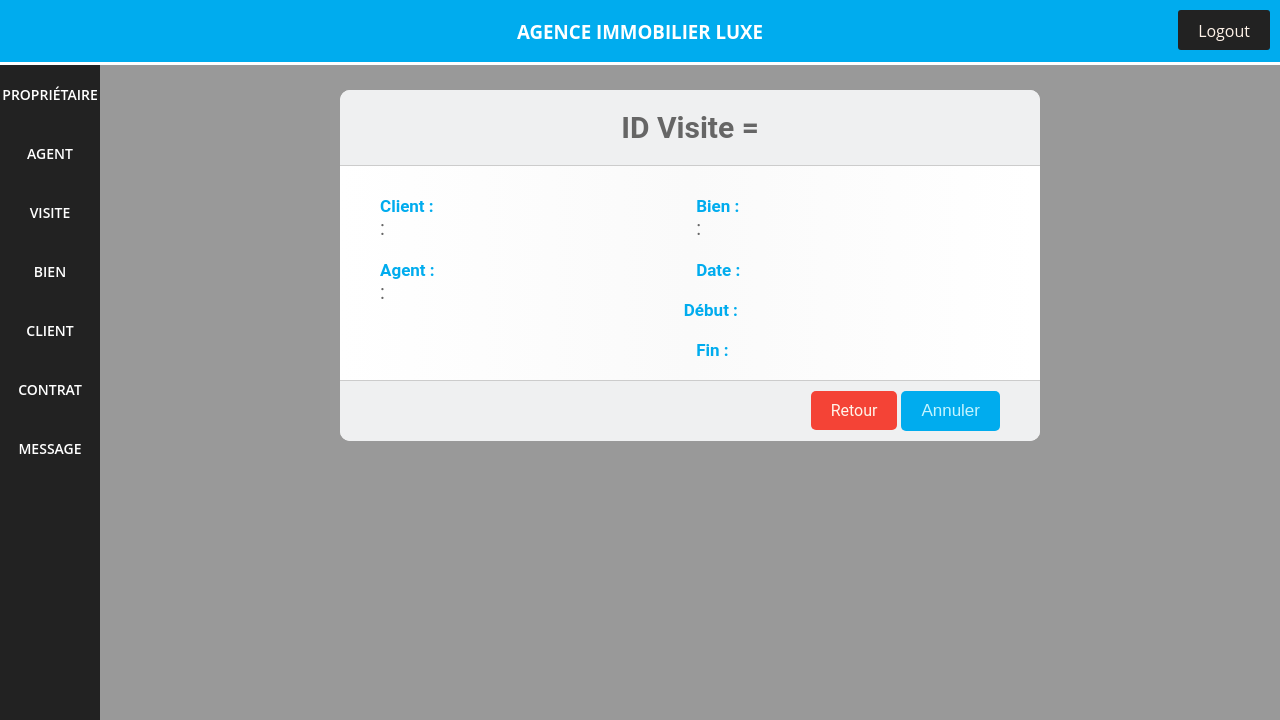
Repository: hassen-mnejja/Real_Estate_Agency_Website
Page: http://localhost/backoffice/WEB-INF/visitedescriptif.jsp
These files come from the project's save history. The page is drawn as it stood at one moment and after the next save; the edit follows.
The browser window is 1280 px wide. The pictures show the whole page.
Some icons come from a web library that is not loaded, so they are not drawn. The page is served by Tomcat 9. Nobody is signed in. Other server files are loaded and not shown. The template is opened directly, without the code that normally fills it, so the values that code supplies are empty.

Above is the page before, as saved 2020-06-24 15:55:43.

### backoffice/WebContent/WEB-INF/visitedescriptif.jsp
<%@ page language="java" contentType="text/html; charset=UTF-8" pageEncoding="UTF-8"%>
<%@ taglib uri="http://java.sun.com/jsp/jstl/core" prefix="c"%>
<!DOCTYPE html>
<html>
<head>
<title>${visite.idVisite}</title>
<link rel="stylesheet" type="text/css" href="../Style/MonStyle.css">
<link rel="icon" href="../Images/icon4.ico" />
<script src="../JS/1351.js"></script>
<script src="../JS/jquery-3.4.1.js"></script>
<style>
.my-form {
	width: 700px;
	margin-bottom: 100px;
}
</style>
</head>
<body>
<body>

	<!-- navbar -->
	<div id="nav-placeholder"></div>

	<!-- contenu -->
	<div id="contenu">
		<form class="my-form" >

			<!-- form header -->
			<div class="form-header">
				<h1>ID Visite = ${visite.idVisite}</h1>
			</div>

			<!-- form body -->
			<div class="form-body">

				<!-- client et bien -->
				<div class="horizontal-group">
					<div class="form-group left">
						<label for="idclient" class="label-title">Client :</label>
						<label id="afidclient" style="display: block; font-size: 20px;">${visite.client.idClient} : ${visite.client.nom} ${visite.client.prenom}</label>
					</div>
					<div class="form-group right">
						<label for="idbien" class="label-title">Bien :</label>
						<label id="afidbien" style="display: block; font-size: 20px;">${visite.bien.idBien} : ${visite.bien.descriptif}</label>
					</div>
				</div>

				<!-- agent et date -->
				<div class="horizontal-group">
					<div class="form-group left">
						<label for="numcontrat" class="label-title">Agent :</label>
						<label id="afnumcontrat" style="display: block; font-size: 20px;">${visite.agent.idAgent} : ${visite.agent.nom} ${visite.agent.prenom}</label>
					</div>
					<div class="form-group right">
						<label for="numcontrat" class="label-title">Date :</label>
						<label id="afnumcontrat" style="display: block; font-size: 20px;">${visite.date}</label>
					</div>
				</div>

				<!-- Num tel -->
				<div class="horizontal-group">
					<div class="form-group left">
						<label for="date" class="label-title">Début :</label>
						<label id="afdate" style="display: block; font-size: 20px;">${visite.heured}</label>
					</div>
					<div class="form-group right">
						<label for="prix" class="label-title">Fin :</label>
						<label id="afprix" style="display: block; font-size: 20px;">${visite.heuref}</label>
					</div>
				</div>
			</div>

			<!-- form-footer -->
			<div class="form-footer">
				<div >
					<a href="/backoffice/prive/cherchercontrat">Retour</a>
					<button type="button" onclick="fonction2()" class="btn">Annuler</button>
				</div>
			</div>

		</form>

	</div>


	<!-- JavaScript -->
	<script>
		$(function() {
			$("#nav-placeholder").load("../navbar.html");
		});

		function fonction2() {
			if (confirm("Voulez-vous vraiment annuler cette visite?")) {
				window.alert("Cette visite a été annulée avec succès.");
				location.href = "/backoffice/prive/supprimevisite?idvisite=${visite.idVisite}";
			}
		}
	</script>
</body>
</html>

### backoffice/WebContent/Style/MonStyle.css
@charset "ISO-8859-1";
.aa:hover {
	background-color: rgba(0, 0, 0, 0);
	color: #4088a3;
}

.aa:link, .aa:visited {
	background-color: rgba(0, 0, 0, 0);
	color: #666;
	text-decoration: none;
	display: inline-block;
	border: none;
	padding: 0px 0px;
}

.nav {
	position: fixed;
	top: 60px;
	left: 0px;
	width: 100px;
	height: 100%;
	background: #222;
	z-index: 2;
}

.contenu {
	position: fixed;
	top: 60px;
	left: 100px;
	width: 100%;
	height: 100%;
	background: #999;
	z-index: 2;
}

.header {
	position: fixed;
	left: 0;
	right: 0;
	z-index: 1002;
	min-height: 60px;
	padding: 0 15px;
	background: #00acee;
	border-bottom: 3px solid white;
}

#contenu {
	position: fixed;
	top: 60px;
	left: 100px;
	width: calc(100% - 100px);
	height: 100%;
	background: #999;
	z-index: 1;
	margin-left: auto;
	margin-right: auto;
	transition: all 500ms linear;
	overflow-y: auto;
}

#contenu.active {
	left: 0px;
	width: 100%;
}

#nav {
	left: 0px;
	transition: all 500ms linear;
}

#nav.active {
	left: -100px;
}

.nav span {
	display: block;
	font-size: 14px;
	color: #fff;
	font-weight: 600;
	text-transform: uppercase;
	margin-top: 10px;
}

.fi {
	font-size: 25px;
	color: #eee;
}

.toggle {
	position: fixed;
	font-size: 25px;
	color: #222;
	top: 15px;
	left: 40px;
	cursor: pointer;
}

.nav .nav-item {
	position: relative;
	width: 100%;
	text-align: center;
}

.nav .main-item, .nav .sub-item {
	padding: 15px 0px;
	background: #222;
}

.nav .nav-item .sub-items {
	position: absolute;
	top: 0px;
	left: -300px;
	width: max-content;
	z-index: -1;
	transition: all 300ms ease-in-out;
}

.nav .sub-items .sub-item {
	float: left;
	width: 100px;
}

.nav .main-item:hover, .nav .sub-item:hover {
	background: #00acee;
	cursor: pointer;
}

.nav .nav-item:hover .sub-items {
	left: 102px;
}

#elements {
	font-family: "Trebuchet MS", Arial, Helvetica, sans-serif;
	border-collapse: collapse;
	width: 100%;
	border: 1px solid #d6d6d6;
	border-radius: 3px 3px 3px 3px;
}

#elements td, #elements th {
	border: 1px solid #ddd;
	padding: 8px;
}

#elements tr:nth-child(even) {
	background-color: white;
}

#elements tr:nth-child(odd) {
	background-color: #eff0f1;
}

#elements tr:hover {
	background-color: #ddd;
}

#elements th {
	padding-top: 12px;
	padding-bottom: 12px;
	text-align: left;
	background-color: white;
	color: gray;
}

@import url('https://fonts.googleapis.com/css?family=Roboto');

/*---------------------------------------*/
/* Register Form */
/*---------------------------------------*/
body {
	margin: 0px;
	font-family: "Open Sans", sans-serif;
}

a:link, a:visited {
	background-color: #f44336;
	color: #fff3e9;
	padding: 10px 20px;
	text-align: center;
	text-decoration: none;
	display: inline-block;
	border: none;
	border-radius: 5px;
}

a:hover, a:active {
	background-color: #fa3c39;
	color: white;
}

.my-form {
	font-family: "Roboto", sans-serif;
	background: linear-gradient(to right, #ffffff 0%, #fafafa 50%, #ffffff 99%);
	border-radius: 10px;
	margin: 30px auto;
	width: 650px;
}

/*---------------------------------------*/
/* Form Header */
/*---------------------------------------*/
.form-header {
	background-color: #EFF0F1;
	border-top-left-radius: 10px;
	border-top-right-radius: 10px;
}

.form-header h1 {
	font-size: 30px;
	text-align: center;
	color: #666;
	padding: 20px 0;
	border-bottom: 1px solid #cccccc;
}

/*---------------------------------------*/
/* Form Body */
/*---------------------------------------*/
.form-body {
	padding: 10px 40px;
	color: #666;
}

.form-group {
	margin-bottom: 20px;
}

.form-body .label-title {
	color: #00acee;
	font-size: 17px;
	font-weight: bold;
}

.form-body .form-input {
	font-size: 17px;
	box-sizing: border-box;
	width: 100%;
	height: 34px;
	padding-left: 10px;
	padding-right: 10px;
	color: #333333;
	text-align: left;
	border: 1px solid #d6d6d6;
	border-radius: 4px;
	background: white;
	outline: none;
}

.horizontal-group .left {
	float: left;
	width: 49%;
}

.horizontal-group .right {
	float: right;
	width: 49%;
}

/*---------------------------------------*/
/* Form Footer */
/*---------------------------------------*/
.my-form .form-footer {
	background-color: #EFF0F1;
	border-bottom-left-radius: 10px;
	border-bottom-right-radius: 10px;
	padding: 10px 40px;
	text-align: right;
	border-top: 1px solid #cccccc;
	clear: both;
}

.form-footer span {
	float: left;
	margin-top: 10px;
	color: #999;
	font-style: italic;
	font-weight: thin;
}

.btn {
	display: inline-block;
	padding: 10px 20px;
	background-color: #00acee;
	font-size: 17px;
	border: none;
	border-radius: 5px;
	color: #c3f4ff;
	cursor: pointer;
}

.btn:hover {
	background-color: #11addd;
	color: white;
}

a.log {
	position: fixed;
	float: left;
	background: #222;
	border-radius: 3px 3px 3px 3px;
	height: 20px;
	top: 10px;
	right: 10px;
}

.title {
	color: white;
	text-align: center;
	cursor: pointer;
}

### backoffice/WebContent/navbar.html
<script src="JS/1351.js"></script>
<header class="header black-bg">
	<i class="fas fa-bars toggle" onclick="toggle()" id="b"></i>
	<h3 class="title" onclick="window.location.href = '/backoffice/prive/home';">AGENCE IMMOBILIER LUXE</h3>
	<a class="log" href="/backoffice/logout" id="discon">Logout</a>
</header>
<div class="nav" id="nav" style="display: block">
	<div class="nav-item">
		<div class="main-item">
			<i class="fad fa-house-user fi"></i> <span>Propriétaire</span>
		</div>
		<div class="sub-items">
			<div class="sub-item" onclick="window.location.href = '/backoffice/prive/ajouterprop';">
				<i class="fad fa-user-plus fi"></i> <span>Ajouter</span>
			</div>
			<div class="sub-item" onclick="window.location.href = '/backoffice/prive/chercherprop';">
				<i class="fad fa-search fi"></i> <span>Chercher</span>
			</div>
		</div>
	</div>
	<div class="nav-item">
		<div class="main-item">
			<i class="fad fa-user-headset fi"></i> <span>Agent</span>
		</div>
		<div class="sub-items">
			<div class="sub-item" onclick="window.location.href = '/backoffice/prive/ajouteragent';">
				<i class="fad fa-user-plus fi"></i> <span>Ajouter</span>
			</div>
			<div class="sub-item" onclick="window.location.href = '/backoffice/prive/chercheragent';">
				<i class="fad fa-search fi"></i> <span>Chercher</span>
			</div>
		</div>
	</div>
	<div class="nav-item">
		<div class="main-item">
			<i class="fad fa-house-return fi"></i> <span>Visite</span>
		</div>
		<div class="sub-items">
			<div class="sub-item" onclick="window.location.href = '/backoffice/prive/ajoutervisite';">
				<i class="fad fa-calendar-plus fi"></i> <span>Programmer</span>
			</div>
			<div class="sub-item" onclick="window.location.href = '/backoffice/prive/cherchervisite';">
				<i class="fad fa-search fi"></i> <span>Chercher</span>
			</div>
		</div>
	</div>
	<div class="nav-item">
		<div class="main-item">
			<i class="fad fa-house fi"></i> <span>Bien</span>
		</div>
		<div class="sub-items">
			<div class="sub-item" onclick="window.location.href = '/backoffice/prive/ajouterbien';">
				<i class="fad fa-plus fi"></i> <span>Ajouter</span>
			</div>
			<div class="sub-item" onclick="window.location.href = '/backoffice/prive/chercherbien';">
				<i class="fad fa-search fi"></i> <span>Chercher</span>
			</div>
		</div>
	</div>
	<div class="nav-item">
		<div class="main-item">
			<i class="fad fa-user fi"></i> <span>client</span>
		</div>
		<div class="sub-items">
			<div class="sub-item" onclick="window.location.href = '/backoffice/prive/ajouterclient';">
				<i class="fad fa-user-plus fi"></i> <span>Ajouter</span>
			</div>
			<div class="sub-item" onclick="window.location.href = '/backoffice/prive/chercherclient';">
				<i class="fad fa-search fi"></i> <span>Chercher</span>
			</div>
		</div>
	</div>
	<div class="nav-item">
		<div class="main-item">
			<i class="fad fa-file fi"></i> <span>contrat</span>
		</div>
		<div class="sub-items">
			<div class="sub-item" onclick="window.location.href = '/backoffice/prive/ajoutercontrat';">
				<i class="fad fa-file-plus fi"></i> <span>Ajouter</span>
			</div>
			<div class="sub-item" onclick="window.location.href = '/backoffice/prive/cherchercontrat';">
				<i class="fad fa-file-search fi"></i> <span>Chercher</span>
			</div>
		</div>
	</div>
	<div class="nav-item">
		<div class="main-item">
			<i class="fad fa-comments-alt fi"></i> <span>Message</span>
		</div>
		<div class="sub-items">
			<div class="sub-item" onclick="window.location.href = '/backoffice/prive/ecriremessage';">
				<i class="fad fa-comment-alt-plus fi"></i> <span>Ajouter</span>
			</div>
			<div class="sub-item" onclick="window.location.href = '/backoffice/prive/boitemessage';">
				<i class="fad fa-inbox fi"></i> <span>Chercher</span>
			</div>
		</div>
	</div>
</div>
<script>
	function toggle() {
		document.getElementById("nav").classList.toggle('active');
		document.getElementById("contenu").classList.toggle('active');
	}
</script>

Loaded but not shown: backoffice/WebContent/JS/1351.js (library); backoffice/WebContent/JS/jquery-3.4.1.js (library)

After the next save:
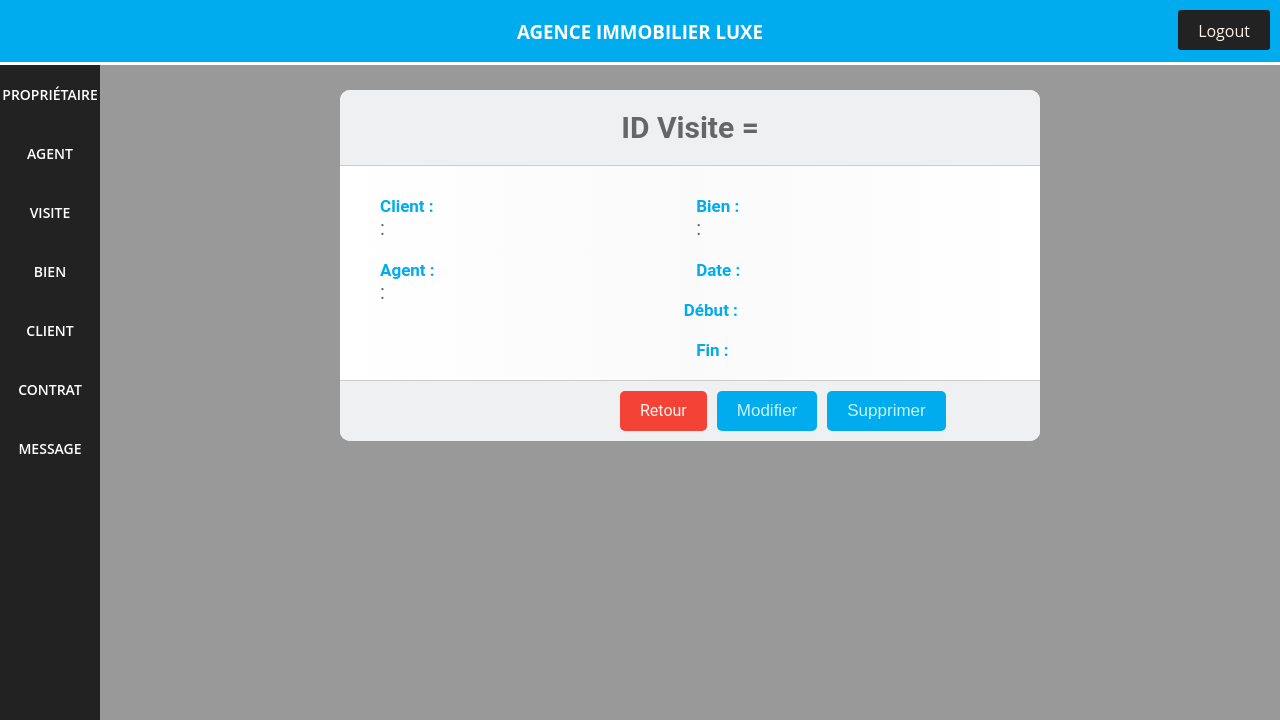
Saved 3 min 25 s later.
--- a/backoffice/WebContent/WEB-INF/visitedescriptif.jsp
+++ b/backoffice/WebContent/WEB-INF/visitedescriptif.jsp
@@ -72,9 +72,11 @@
 
 			<!-- form-footer -->
 			<div class="form-footer">
-				<div >
-					<a href="/backoffice/prive/cherchercontrat">Retour</a>
-					<button type="button" onclick="fonction2()" class="btn">Annuler</button>
+				<div style="justify-content: left; display: flex;">
+					<span style="margin-left: 240px" id="espace"></span> <a href="/backoffice/prive/cherchervisite">Retour</a>
+					<button type="submit" class="btn" style="display: none; margin: 0 10px;" id="enreg">Enregistrer</button>
+					<button type="button" onclick="fonction1()" class="btn" style="display: block; margin: 0 10px;" id="mod">Modifier</button>
+					<button type="button" onclick="fonction2()" class="btn">Supprimer</button>
 				</div>
 			</div>
 
@@ -89,6 +91,17 @@
 			$("#nav-placeholder").load("../navbar.html");
 		});
 
+		function fonction1() {
+			input =["nom","prenom","numtel","email"];
+			for (var i = 0; i < input.length; i++) {
+				document.getElementById(input[i]).style.display = "block";
+				document.getElementById("af" + input[i]).style.display = "none";
+			}
+			document.getElementById("enreg").style.display = "block";
+			document.getElementById("mod").style.display = "none";
+			document.getElementById("espace").style.marginLeft = "215px";
+		}
+
 		function fonction2() {
 			if (confirm("Voulez-vous vraiment annuler cette visite?")) {
 				window.alert("Cette visite a été annulée avec succès.");
